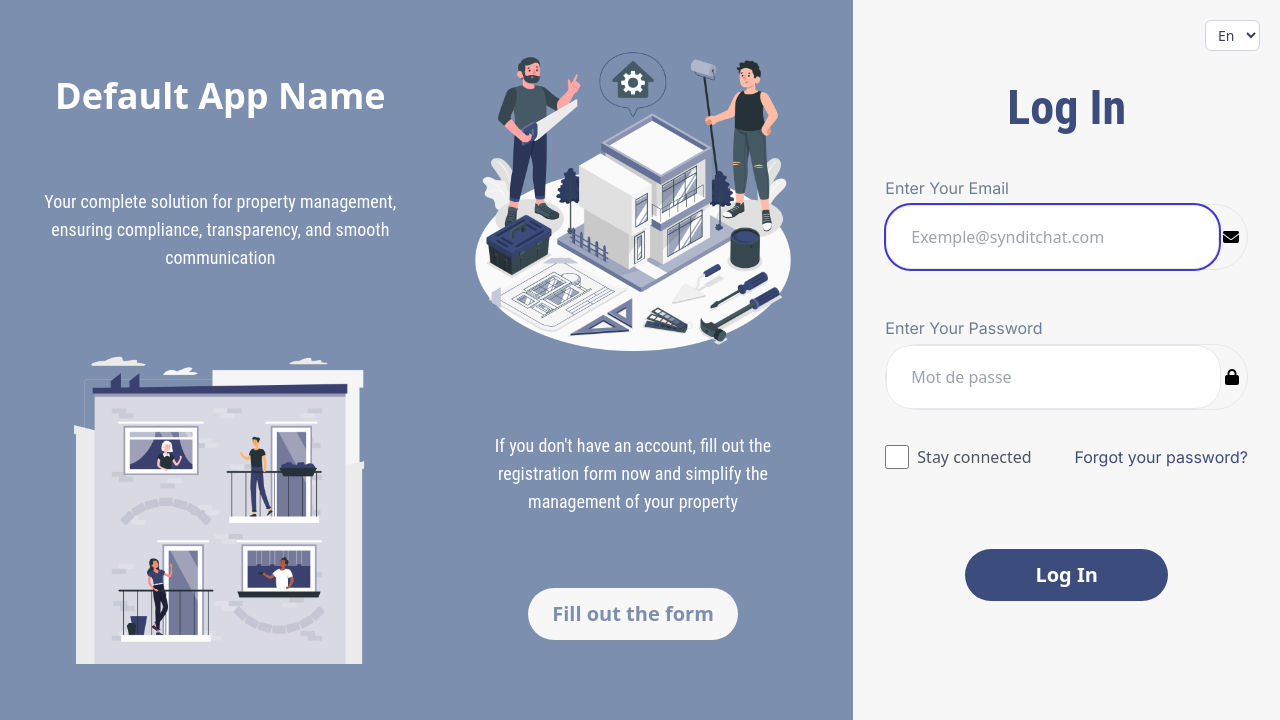
Repository: idir2023/Syndicat-amine
Page: http://localhost/
An editor plug-in stored every save of this project. The page is shown before and after the next save, followed by the edit.
The browser window is 1280 px wide. The pictures show the whole page.
Some web libraries are served in a nearby version. The page is served by the project's Laravel application, run on PHP 8.4 with Laravel 12. Queries for data that is not in the repository find no rows.

Above is the page before, as saved 2024-10-13 11:31:33.

After the next save:
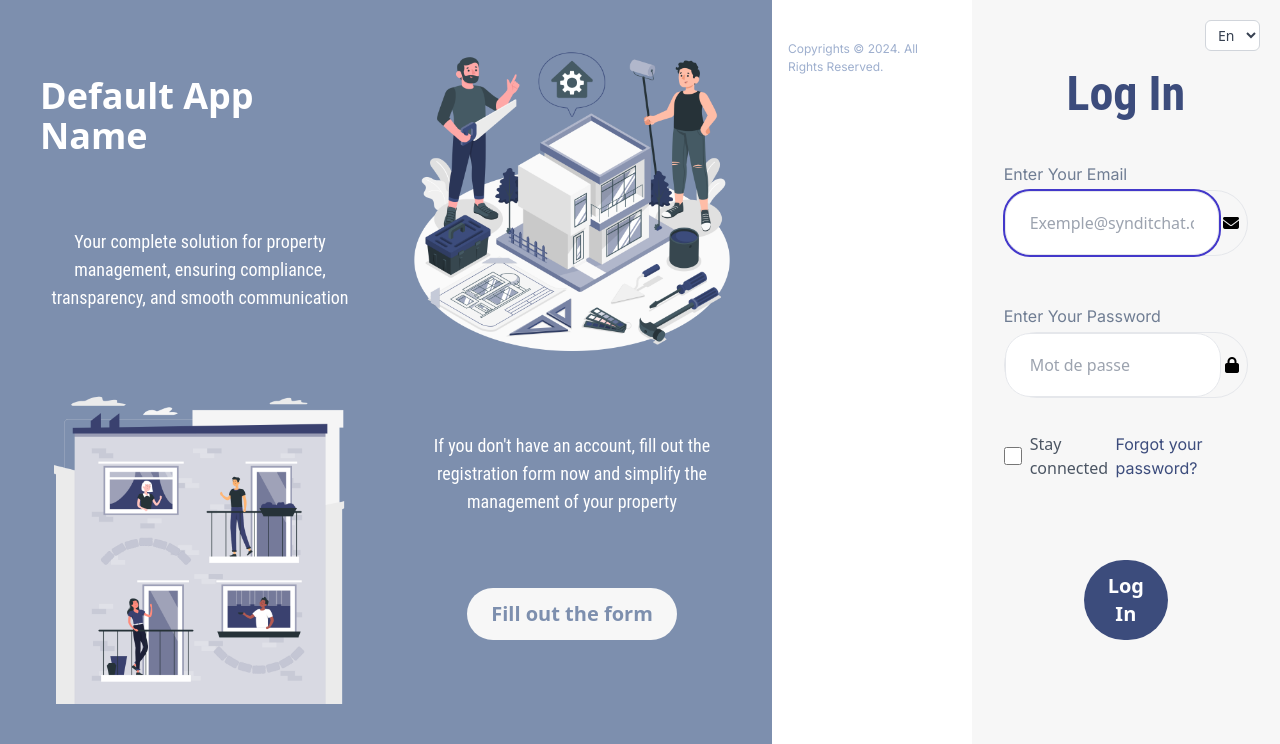
Saved 4 s later.
--- a/resources/views/auth/connect.blade.php
+++ b/resources/views/auth/connect.blade.php
@@ -54,7 +54,48 @@
             </div>
 
         </div>
-
+        <div class="w-full flex flex-row justify-between mt-6">
+            <div class="m-4 inline-block break-words font-['Inter'] font-normal text-[12px] text-[#9EAFCE]">
+                @if(!empty($appParameters->copyright))
+
+                    Copyrights © {{ $appParameters->copyright }}. All Rights Reserved.
+                @else
+                    Copyrights © {{ date('Y') }}. All Rights Reserved.
+                @endif
+
+
+            </div>
+            <div class="flex flex-row box-sizing-border">
+                @if(!empty($appParameters->facebook_link))
+                    <a href="{{ $appParameters->facebook_link }}"
+                        class="rounded-[15px] bg-[#9EAFCE] relative m-[0_20px_0_0] flex p-[7px] w-[30px] h-[30px] box-sizing-border">
+                        <i class="fa-brands fa-facebook text-white"></i>
+                    </a>
+                @endif
+
+                @if(!empty($appParameters->instagram_link))
+                    <a href="{{ $appParameters->instagram_link }}"
+                        class="rounded-[15px] bg-[#9EAFCE] relative m-[0_20px_0_0] flex p-[7px] w-[30px] h-[30px] box-sizing-border">
+                        <i class="fa-brands fa-instagram text-white"></i>
+                    </a>
+                @endif
+
+                @if(!empty($appParameters->linkedin_link))
+                    <a href="{{ $appParameters->linkedin_link }}"
+                        class="rounded-[15px] bg-[#9EAFCE] relative m-[0_20px_0_0] flex p-[7px] w-[30px] h-[30px] box-sizing-border">
+                        <i class="fa-brands fa-linkedin text-white"></i>
+                    </a>
+                @endif
+
+                @if(!empty($appParameters->twitter_link))
+                    <a href="{{ $appParameters->twitter_link }}"
+                        class="rounded-[15px] bg-[#9EAFCE] relative m-[0_20px_0_0] flex p-[7px] w-[30px] h-[30px] box-sizing-border">
+                        <i class="fa-brands fa-twitter text-white"></i>
+                    </a>
+                @endif
+            </div>
+
+        </div>
 
 
         <!-- Right Section -->

After the save that followed:
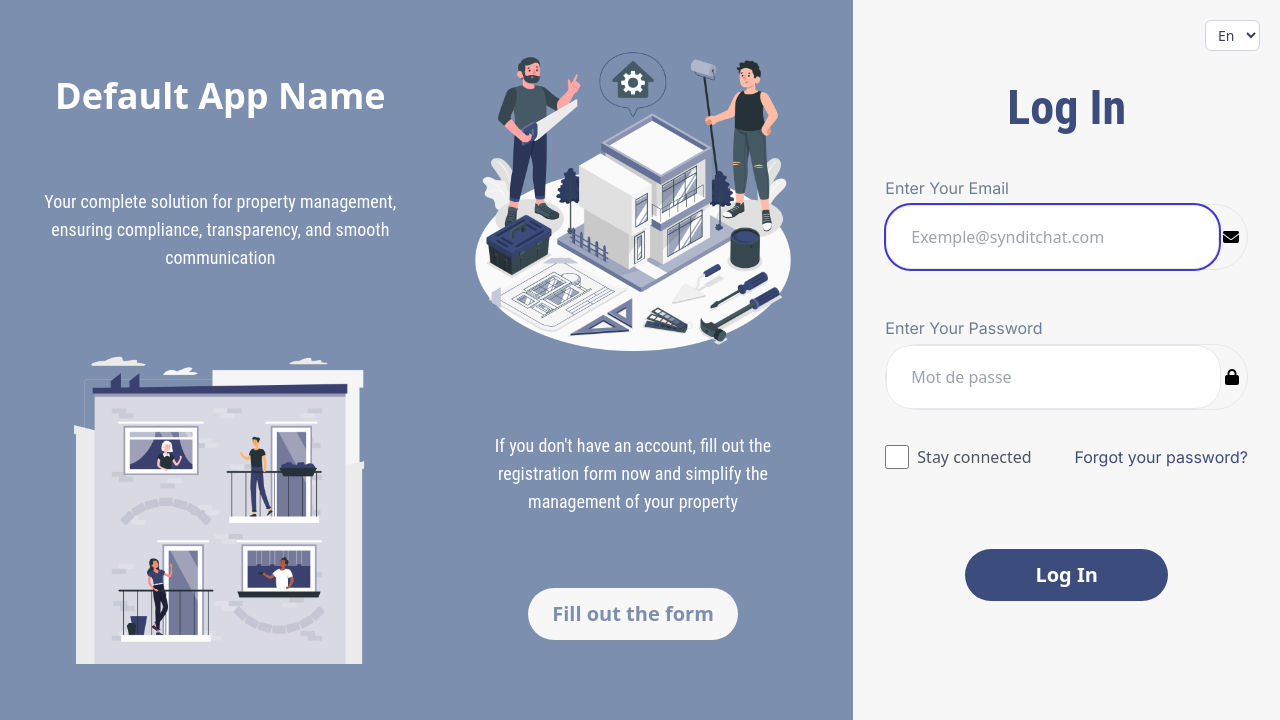
Saved 23 s later.
--- a/resources/views/auth/connect.blade.php
+++ b/resources/views/auth/connect.blade.php
@@ -54,48 +54,7 @@
             </div>
 
         </div>
-        <div class="w-full flex flex-row justify-between mt-6">
-            <div class="m-4 inline-block break-words font-['Inter'] font-normal text-[12px] text-[#9EAFCE]">
-                @if(!empty($appParameters->copyright))
 
-                    Copyrights © {{ $appParameters->copyright }}. All Rights Reserved.
-                @else
-                    Copyrights © {{ date('Y') }}. All Rights Reserved.
-                @endif
-
-
-            </div>
-            <div class="flex flex-row box-sizing-border">
-                @if(!empty($appParameters->facebook_link))
-                    <a href="{{ $appParameters->facebook_link }}"
-                        class="rounded-[15px] bg-[#9EAFCE] relative m-[0_20px_0_0] flex p-[7px] w-[30px] h-[30px] box-sizing-border">
-                        <i class="fa-brands fa-facebook text-white"></i>
-                    </a>
-                @endif
-
-                @if(!empty($appParameters->instagram_link))
-                    <a href="{{ $appParameters->instagram_link }}"
-                        class="rounded-[15px] bg-[#9EAFCE] relative m-[0_20px_0_0] flex p-[7px] w-[30px] h-[30px] box-sizing-border">
-                        <i class="fa-brands fa-instagram text-white"></i>
-                    </a>
-                @endif
-
-                @if(!empty($appParameters->linkedin_link))
-                    <a href="{{ $appParameters->linkedin_link }}"
-                        class="rounded-[15px] bg-[#9EAFCE] relative m-[0_20px_0_0] flex p-[7px] w-[30px] h-[30px] box-sizing-border">
-                        <i class="fa-brands fa-linkedin text-white"></i>
-                    </a>
-                @endif
-
-                @if(!empty($appParameters->twitter_link))
-                    <a href="{{ $appParameters->twitter_link }}"
-                        class="rounded-[15px] bg-[#9EAFCE] relative m-[0_20px_0_0] flex p-[7px] w-[30px] h-[30px] box-sizing-border">
-                        <i class="fa-brands fa-twitter text-white"></i>
-                    </a>
-                @endif
-            </div>
-
-        </div>
 
 
         <!-- Right Section -->
